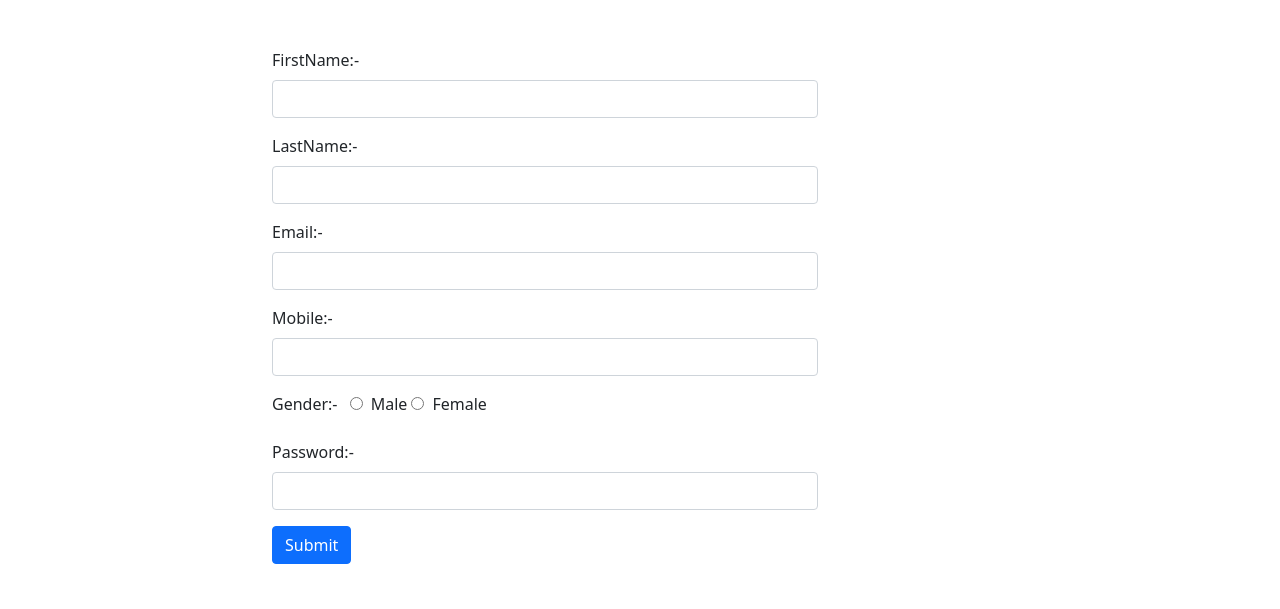
Repository: 2001Yogi/JavaWebAssignment
Page: http://localhost/FormSubmitUsingRegularExpression/
An editor plug-in stored every save of this project. The page is shown before and after the next save, followed by the edit.
The browser window is 1280 px wide. The pictures show the whole page.
The page is served by Tomcat 9.

Above is the page before, as saved 2024-09-18 06:41:31.

After the next save:
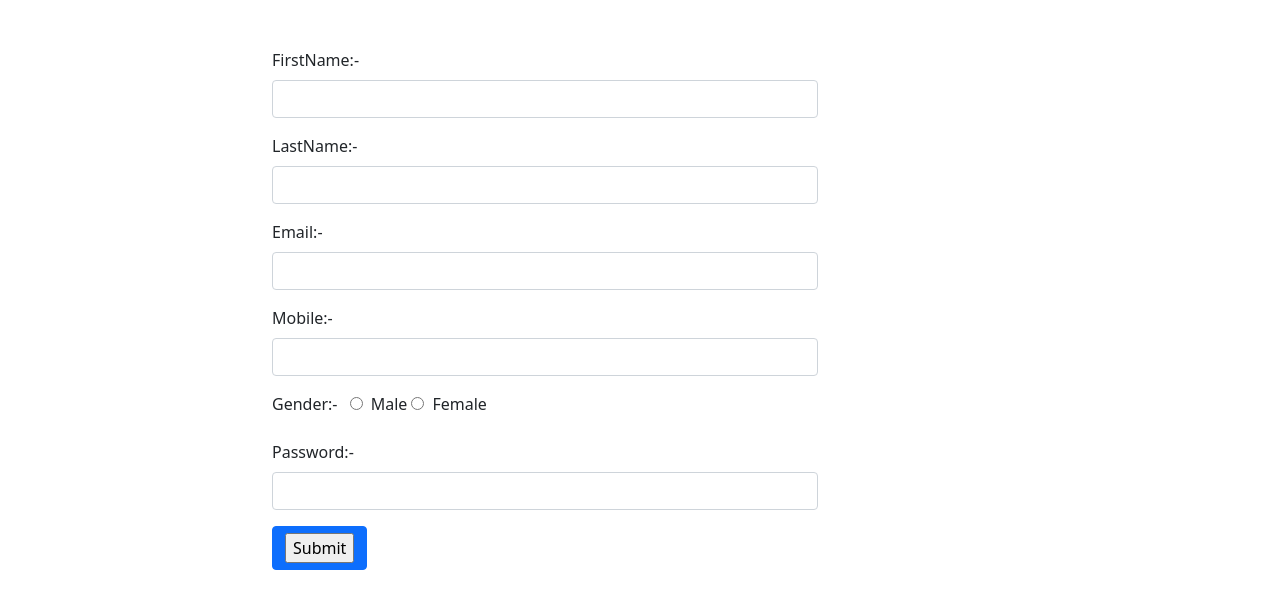
Saved 87 s later.
--- a/FormSubmitUsingRegularExpression/src/main/webapp/index.jsp
+++ b/FormSubmitUsingRegularExpression/src/main/webapp/index.jsp
@@ -55,7 +55,8 @@
 							<input type="password" class="form-control" name="pass">
 					</div>
 
-					<button type="submit" class="btn btn-primary" name="action" value="Register">Submit</button>
+					       <button class="btn btn-primary"><input type="submit" value="Submit"></button>
+
 				</div>
 			</div>
 		</div>
